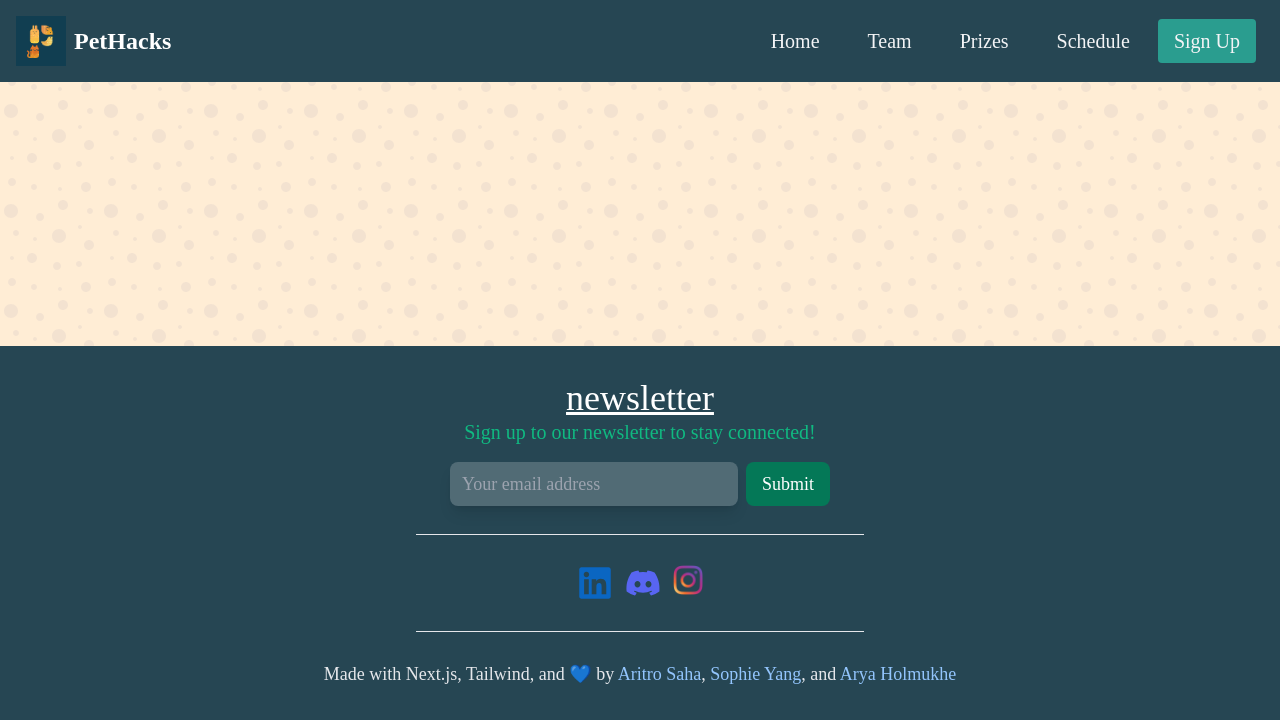
Repository: AritroSaha10/pethacks-website
Page: /schedule
An editor plug-in stored every save of this project. The page is shown before and after a run of saves, followed by the edit.
The browser window is 1280 px wide. The pictures show the whole page.
Some web fonts or font styles are not loaded; a fallback is used. The project was rebuilt for these pictures with package versions that can differ from the ones it lists, and the page was loaded fresh each time. The framework's server and built-in components were replaced by stand-ins that run in the browser. Also part of the build but not shown: next.config.js.

Above is the page before, as saved 2022-09-10 08:50:49.

### pages/schedule.tsx
import Layout from '../components/Layout'
import Navbar from "@components/Navbar"

export default function Schedule() {
    return (
        <Layout name="Schedule" noNavbar>
            <Navbar />

        </Layout>
    )
}

### styles/globals.css
@import url('https://fonts.googleapis.com/css2?family=Gaegu&family=Space+Mono&display=swap');

@tailwind base;
@tailwind components;
@tailwind utilities;

@layer base {
    html {
        font-family: Gaegu;
    }
}

.svg-background {
    background-image: url("data:[embedded picture, 1230 characters]");
}

.wiggles-background {
    background-image: url("data:[embedded picture, 494 characters]");
}

### components/Layout.tsx
import Head from "next/head"

import Navbar from "./Navbar"
import Footer from "./Footer"

import { m } from "framer-motion"

const transition = { ease: [0.6, 0.01, -0.05, 0.9] };

const contentVariants = {
    initial: { y: 200, opacity: 0 },
    animate: { y: 0, opacity: 1 },
    exit: { y: -200, opacity: 0 },
    transition: { duration: 0.4, ...transition }
}

export default function Layout({ name, children, noAnim, noNavbar }: { name: string, children: any, noAnim?: boolean, noNavbar?: boolean }) {
    const title = `${name} | PetHacks`;
    const description = "WEBSITE DESCRIPTION";
    const imageSrc = "CHANGE ME"

    return (
        <div className="flex flex-col min-h-screen bg-orange-100 overflow-hidden" key={name}>
            <Head>
                <title>{title}</title>
                <meta name="description" content={description} />

                <meta property="og:title" content={title} />
                <meta property="og:description" content={description} />
                <meta property="og:type" content="website" />
                <meta property="og:image" content={imageSrc} />
                <meta property="og:image:type" content="image/png" />
                <meta property="og:image:width" content="1111" />
                <meta property="og:image:height" content="1111" />

                <meta name="twitter:card" content="summary_large_image" />
                <meta name="twitter:creator" content="@YOUR_TWITTER" />
                <meta property="twitter:title" content={title} />
                <meta property="twitter:description" content={description} />
                <meta property="twitter:image:src" content={imageSrc} />
            </Head>

            {noNavbar ? <></> : <Navbar />}

            {noAnim ? (
                <div
                    className="flex-grow flex flex-col"
                >
                    {children}
                </div>
            ) : (
                <m.div
                    initial={contentVariants.initial}
                    animate={contentVariants.animate}
                    exit={contentVariants.exit}
                    transition={contentVariants.transition}
                    className="flex-grow flex flex-col svg-background"
                >
                    {children}
                </m.div>
            )}

            <Footer />
        </div>
    )
}

### components/Navbar.tsx
import Link from "next/link";
import Image from "next/image";
import { useState } from "react";

import Logo from "@media/logo.png";

import { GoThreeBars } from "react-icons/go"

const links = [
    {
        name: "Home",
        link: "/",
        id: "home",
        priority: false
    },
    {
        name: "Team",
        link: "/team",
        id: "team",
        priority: false
    },
    {
        name: "Prizes",
        link: "/prizes",
        id: "prizes",
        priority: false
    },
    {
        name: "Schedule",
        link: "/schedule",
        id: "schedule",
        priority: false
    },
    {
        name: "Sign Up",
        link: "/sign-up",
        id: "sign-up",
        priority: true
    },
];

export default function Header() {
    const [showDropdown, setShowDropdown] = useState(false);

    return (
        <header className="bg-pet-teal py-2 lg:py-4 sticky">
            <div className="container px-4 mx-auto lg:flex lg:items-center">
                <div className="flex justify-between items-center">
                    <Link href="/">
                        <a className="flex justify-between items-center font-bold text-2xl text-white gap-2">
                            <Image src={Logo} alt="logo" width={50} height={50} />
                            <span>PetHacks</span>
                        </a>
                    </Link>

                    <button
                        className="border border-solid border-gray-600 px-3 py-1 rounded text-white opacity-50 hover:opacity-75 lg:hidden"
                        aria-label="Menu"
                        data-test-id="navbar-menu"
                        onClick={
                            () => {
                                setShowDropdown(!showDropdown);
                            }}
                        >
                        <GoThreeBars />
                    </button>
                </div>

                <div className={`${showDropdown ? "flex" : "hidden"} lg:flex flex-col lg:flex-row lg:ml-auto mt-3 lg:mt-0 text-xl`} data-test-id="navbar">
                    {
                        links.map(({ name, link, priority, id }) =>
                            <Link key={name} href={link}>
                                <a
                                    className={`${priority ? "text-gray-100 bg-pet-turquoise hover:bg-pet-turquoise/50 hover:text-white text-center mt-1 lg:mt-0 lg:ml-1" : "text-gray-100 hover:bg-gray-400/20 hover:text-gray-100 "} p-2 lg:px-4 lg:mx-2 rounded duration-300 transition-colors `}
                                    data-test-id={`navbar-${id}`}
                                >
                                    {name}
                                </a>
                            </Link>
                        )
                    }
                </div>
            </div>
        </header>
    )
}

### components/Footer.tsx
import React, { useState } from 'react'
import Link from 'next/link'
import Image from 'next/image'

import axios from 'axios'

import EmailRegex from '@util/EmailRegex'

import logo from '@media/logo.png'
import InstagramLogo from "@media/ig.png"
import { FaLinkedin, FaDiscord } from 'react-icons/fa'

const buttonColoring =
    'bg-emerald-700 text-white hover:bg-white hover:text-emerald-700 active:bg-emerald-500 active:text-white transition-all duration-300'

enum EmailState {
    Neutral,
    Invalid,
    Success,
    Sending
}

export default function Footer() {
    const [emailState, setEmailState] = useState(EmailState.Neutral)

    const handleSubmit = async (e: React.FormEvent<HTMLFormElement>) => {
        e.preventDefault()

        // Extract email from form data
        const formData = Object.fromEntries(new FormData(e.currentTarget))
        const email = formData.email.toString()

        // Match using regex
        if (email === '' || !email.match(EmailRegex)) {
            setEmailState(EmailState.Invalid);
            return;
        }

        // Submit to Airtable
        setEmailState(EmailState.Sending);

        try {
            const startingTime = new Date().getTime();

            // TODO: IMPLEMENT THIS API FUNCTION
            await axios.post("/api/addToNewsletter", {
                email: email
            });

            // Slow down animation to take at least 300ms on user end so it's smoother
            await new Promise(resolve => {
                setTimeout(resolve.bind(null, null), 300 - (new Date().getTime() - startingTime));
            });
        } catch (e) {
            // We don't need the user to know of the error, but log it for later uses
            console.error("Error when sending email", e);
        }

        // Let user know it was sent successfully
        setEmailState(EmailState.Success);
    }

    return (
        <footer className="flex flex-col justify-between gap-4 px-12 lg:px-20 py-8 bg-pet-teal items-center z-[99999999] text-center sm:text-left">

            <div className="flex flex-col items-center lg:w-1/3" id="newsletter">
                <h2 className="text-4xl text-white underline">newsletter</h2>
                <p className="text-xl text-emerald-500">
                    Sign up to our newsletter to stay connected!
                </p>

                <div>
                    <form className="flex flex-col sm:flex-row items-center gap-2 mt-4 text-center lg:text-left" onSubmit={handleSubmit} noValidate>
                        <input
                            className={`text-lg rounded-lg py-2 px-3 w-60 sm:w-72 align-middle text-white outline-none focus:ring-2 focus:ring-emerald-700 duration-200 bg-white/20 shadow-lg focus:shadow-none ${emailState == EmailState.Invalid && "ring-1 ring-red-600"}`}
                            placeholder="Your email address"
                            name="email"
                            type="email"
                            onChange={() => setEmailState(EmailState.Neutral)}
                            required
                        />
                        <input
                            type="submit"
                            className={`rounded-lg py-2 px-4 w-60 sm:w-auto text-lg ${buttonColoring} hover:cursor-pointer`}
                        />
                    </form>

                    {emailState == EmailState.Invalid && (
                        <p className="text-sm text-red-500">
                            Please provide a valid email address.
                        </p>
                    )}

                    {emailState == EmailState.Success && (
                        <p className="text-sm text-emerald-400">Thanks for submitting!</p>
                    )}
                </div>
            </div>

            <hr className="h-px bg-white w-full lg:w-[40%] my-3" />

            <div className="flex items-center justify-center gap-3 text-4xl">
                <a
                    href=""
                    className="text-[#0A66C2] hover:text-[#0A66C2]/75 active:text-[#0A66C2]/50 duration-200"
                    target="_blank"
                    rel="noreferrer"
                    title="LinkedIn"
                >
                    <FaLinkedin />
                </a>

                <a
                    href=""
                    className="text-[#5865F2] hover:text-[#5865F2]/75 active:text-[#5865F2]/50 duration-200"
                    target="_blank"
                    rel="noreferrer"
                    title="Discord"
                >
                    <FaDiscord />
                </a>

                <a
                    href=""
                    className="text-[#F77737] hover:text-[#F77737]/75 active:text-[#F77737]/50 duration-200"
                    target="_blank"
                    rel="noreferrer"
                    title="Instagram"
                >
                    <Image src={InstagramLogo} width={30} height={30} alt="instagram" />
                </a>
            </div>

            <hr className="h-px bg-white w-full lg:w-[40%] my-3" />

            <p className='text-lg text-gray-200'>
                Made with Next.js, Tailwind, and 💙 by
                {" "}
                <a href="https://aritrosaha.vercel.app" target="_blank" rel="noreferrer" className='text-blue-300 hover:text-blue-500 duration-150'>
                    Aritro Saha
                </a>
                ,{" "}
                <a href="https://www.linkedin.com/in/sophie-yang-66b855216" target="_blank" rel="noreferrer" className='text-blue-300 hover:text-blue-500 duration-150'>
                    Sophie Yang
                </a>
                , and {" "}
                <a href="" target="_blank" rel="noreferrer" className='text-blue-300 hover:text-blue-500 duration-150'>
                    Arya Holmukhe
                </a>
            </p>
        </footer>
    )
}

### util/EmailRegex.ts
const EmailRegex = /(?:[a-z0-9!#$%&'*+/=?^_`{|}~-]+(?:\.[a-z0-9!#$%&'*+/=?^_`{|}~-]+)*|"(?:[\x01-\x08\x0b\x0c\x0e-\x1f\x21\x23-\x5b\x5d-\x7f]|\\[\x01-\x09\x0b\x0c\x0e-\x7f])*")@(?:(?:[a-z0-9](?:[a-z0-9-]*[a-z0-9])?\.)+[a-z0-9](?:[a-z0-9-]*[a-z0-9])?|\[(?:(?:25[0-5]|2[0-4][0-9]|[01]?[0-9][0-9]?)\.){3}(?:25[0-5]|2[0-4][0-9]|[01]?[0-9][0-9]?|[a-z0-9-]*[a-z0-9]:(?:[\x01-\x08\x0b\x0c\x0e-\x1f\x21-\x5a\x53-\x7f]|\\[\x01-\x09\x0b\x0c\x0e-\x7f])+)\])/;
export default EmailRegex;

### tailwind.config.js
/** @type {import('tailwindcss').Config} */
module.exports = {
  content: [
    "./pages/**/*.{js,ts,jsx,tsx}",
    "./components/**/*.{js,ts,jsx,tsx}",
  ],
  theme: {
    extend: {
      fontFamily: {
        desc:['Gaegu', 'cursive;']
      },
      colors: {
        "pet-teal": "#264653",
        "pet-turquoise": "#2A9D8F",
        "pet-yellow": "#E9C46A",
        "pet-lightorange": "#F4A261",
        "pet-red": "#E76F51"
      }
    },
  },
  plugins: [],
}

### components/SectionHead.tsx
import React from 'react';

export default function SectionHead({ title, subtitle }: { title: string, subtitle: string }) {
  return (
    <div className="h-40 bg-pet-turquoise text-center text-white grid place-content-center">
      <h1 className="font-bold text-6xl p-3">{title}</h1>
      <p>{subtitle}</p>
    </div>
  )
}

Loaded but not shown: pages/_app.tsx (common file)

After the next 4 saves:
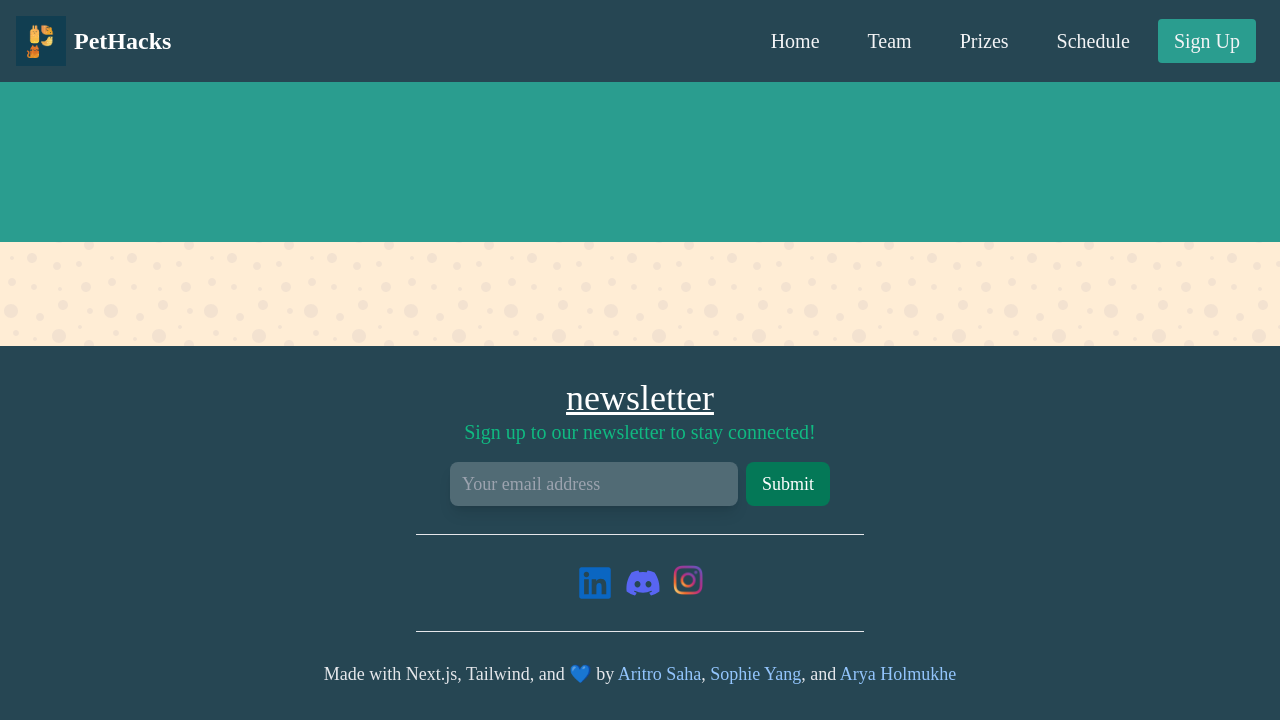
The 4 saves are shown as one change because 1 did not build or start and some came seconds apart.
The last was saved 15 s later.
--- a/pages/schedule.tsx
+++ b/pages/schedule.tsx
@@ -1,11 +1,12 @@
 import Layout from '../components/Layout'
+import SectionHead from '../components/SectionHead'
 import Navbar from "@components/Navbar"
 
 export default function Schedule() {
     return (
         <Layout name="Schedule" noNavbar>
             <Navbar />
-
+            <SectionHead />
         </Layout>
     )
 }
